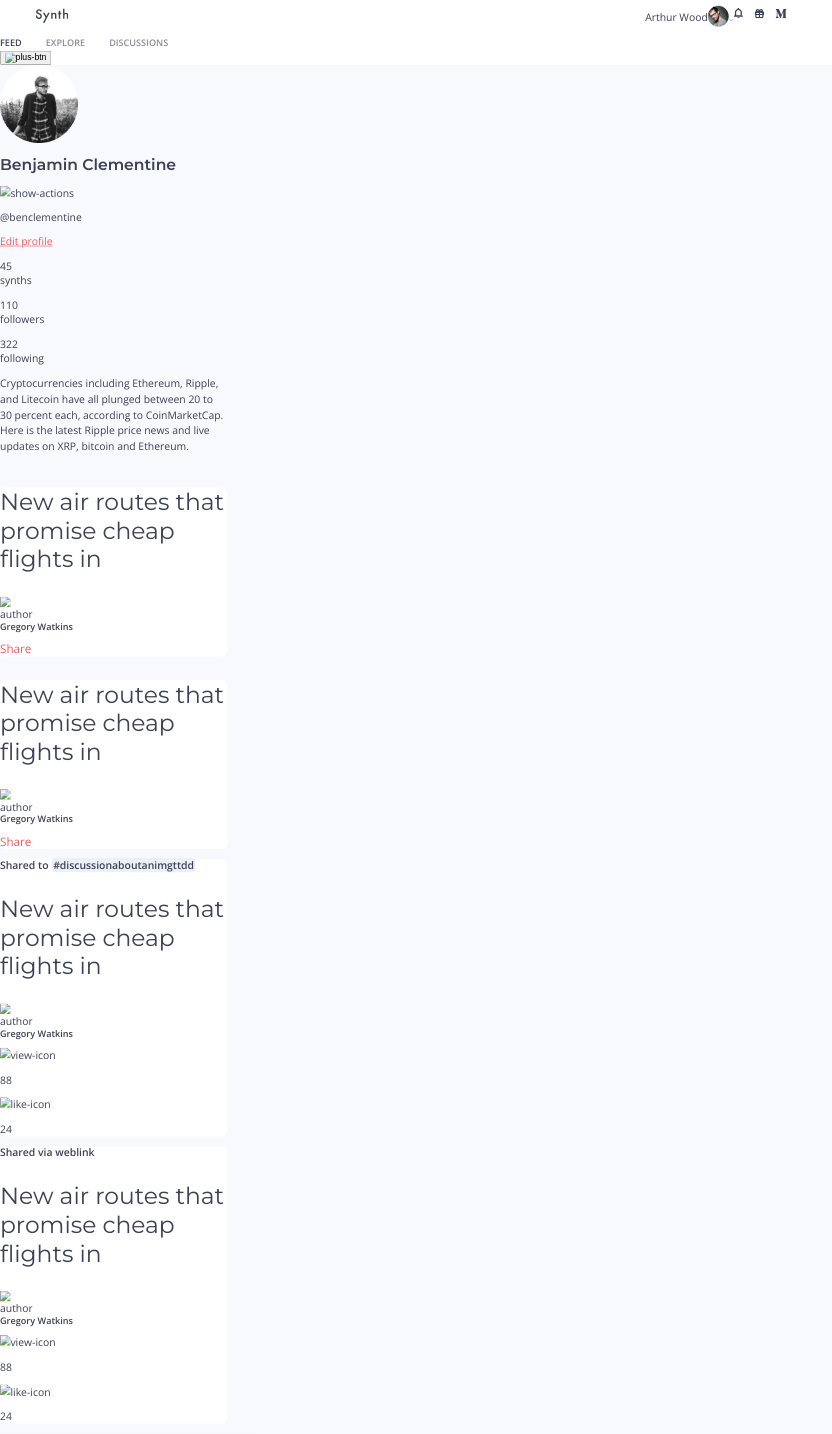
Repository: ecspetra/swivl-test-task
Page: index.html
The author's editor kept a copy of each file at every save. The page is drawn from the files as they stood at one save, then again after the next save.
The browser window is 1280 px wide. The pictures show the whole page, at 65% of full size.
The style sheet was rebuilt from its Sass, Less or Tailwind sources for each picture, by a compiler version that may differ from the author's.

Above is the page before, as saved 2021-12-09 22:22:07.

After the next save:
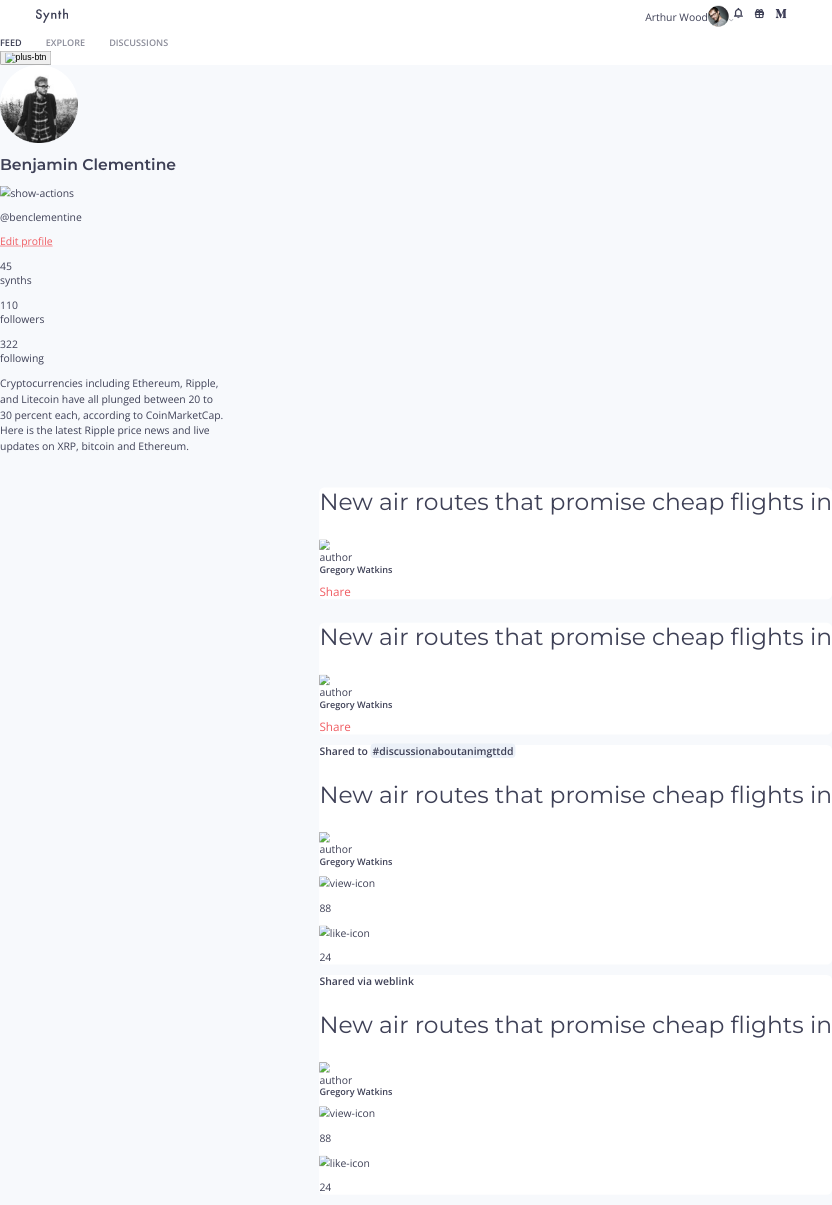
Saved 39 s later.
--- a/scss/style.scss
+++ b/scss/style.scss
@@ -159,6 +159,7 @@ ul {
     "profile__user-details profile__cards-wwrapper";
 }
 .profile__user-details {
+  grid-area: profile__user-details;
 }
 .profile__general {
 }
@@ -198,8 +199,10 @@ ul {
   font: 400 16px / 24px "Open Sans", sans-serif;
 }
 .profile__switcher {
+  grid-area: profile__switcher;
 }
 .profile__cards-wrapper {
+  grid-area: profile__cards-wrapper;
 }
 .profile-card {
   background-color: #ffffff;
